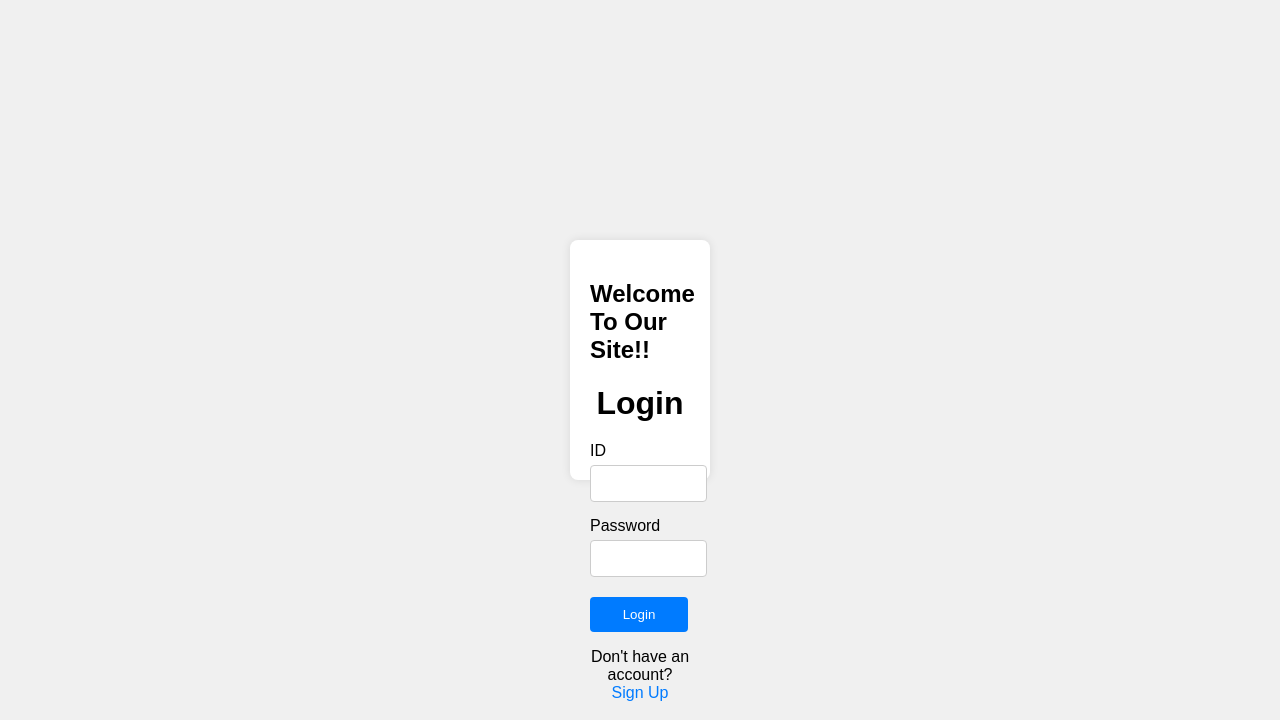
Repository: LifeIsRightward/WebServer
Page: http://localhost/JSPBook/Project/login.jsp
These files come from the project's save history. The page is drawn as it stood at one moment and after the next save; the edit follows.
The browser window is 1280 px wide. The pictures show the whole page.
The page is served by Tomcat 9.

Above is the page before, as saved 2024-06-06 17:27:18.

After the next save:
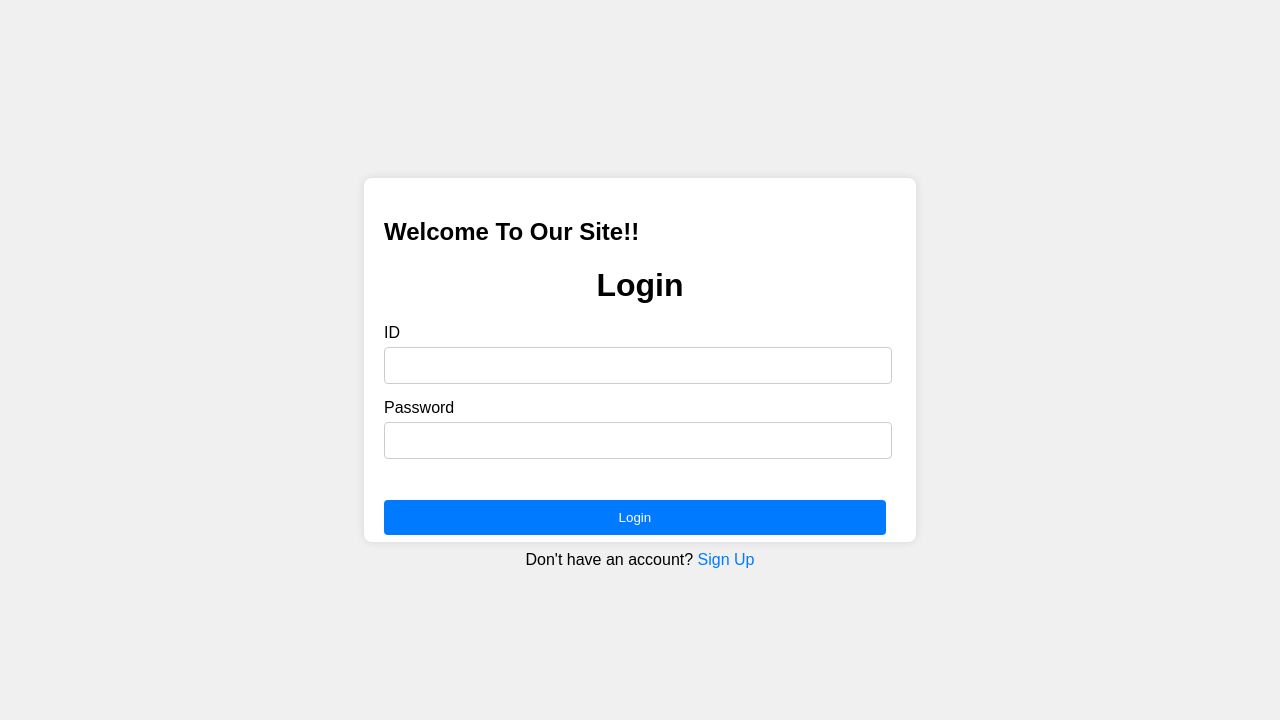
Saved 14 s later.
--- a/JSPBook/src/main/webapp/Project/css/login.css
+++ b/JSPBook/src/main/webapp/Project/css/login.css
@@ -15,8 +15,8 @@ body {
     padding: 20px;
     box-shadow: 0 0 10px rgba(0, 0, 0, 0.1);
     border-radius: 8px;
-    width: 100px;
-    height: 200px;
+    width: 40%;
+    height: 45%;
 }
 
 .login-container h1 {
